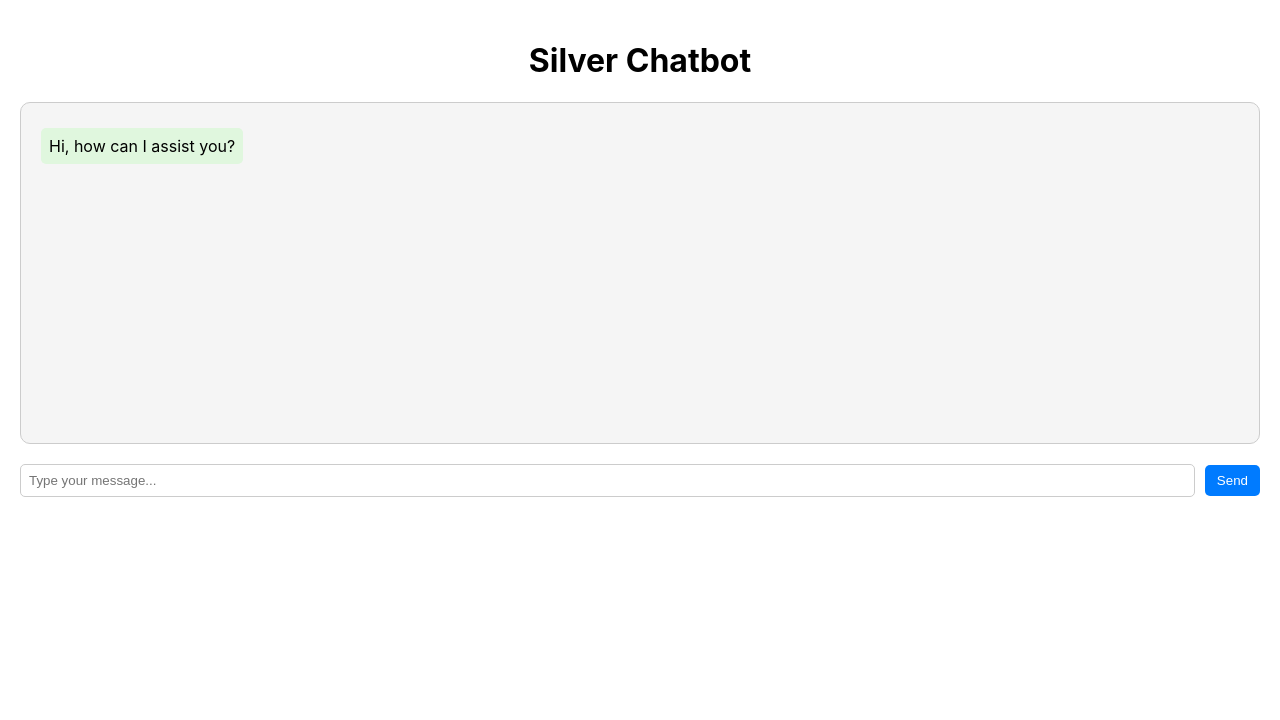
Repository: Rishabh-patidar/Chatbot-Final
Page: / (app in chatbot-ui/)
An editor plug-in stored every save of this project. The page is shown before and after the next save, followed by the edit.
The browser window is 1280 px wide. The pictures show the whole page.
The project was rebuilt for these pictures with package versions that can differ from the ones it lists, and the page was loaded fresh each time.

Above is the page before, as saved 2023-08-09 09:56:52.

### chatbot-ui/src/App.js
import React, { useState, useEffect } from 'react';
import './App.css';

function App() {
  const [inputText, setInputText] = useState('');
  const [chatHistory, setChatHistory] = useState([
    { text: 'Hi, how can I assist you?', isUser: false },
  ]);

  const handleInputChange = (e) => {
    setInputText(e.target.value);
  };

  const handleSend = async () => {
    if (inputText.trim() === '') return;

    // Adding user message to chat history
    setChatHistory((prevHistory) => [
      ...prevHistory,
      { text: inputText, isUser: true },
      { text: 'Bot response goes here...', isUser: false },
    ]);

    // Sending user input to the FastAPI backend
    try {
      const response = await fetch('http://localhost:8000/process_input/', {
        method: 'POST',
        headers: {
          'Content-Type': 'application/json',
        },
        body: JSON.stringify({ text: inputText }),
      });

      if (response.ok) {
        const data = await response.json();
        // Adding bot response to chat history
        setChatHistory((prevHistory) => [
          ...prevHistory,
          { text: data.response, isUser: false },
        ]);
      }
    } catch (error) {
      console.error('Error:', error);
    }

    setInputText('');
  };

  return (
    <div className="App">
      <h1>Silver Chatbot</h1>
      <div className="chat-container">
        {chatHistory.map((message, index) => (
          <div
            key={index}
            className={`message ${message.isUser ? 'user' : 'bot'}`}
          >
            {message.text}
          </div>
        ))}
      </div>
      <div className="input-container">
        <input
          type="text"
          value={inputText}
          onChange={handleInputChange}
          placeholder="Type your message..."
        />
        <button onClick={handleSend}>Send</button>
      </div>
    </div>
  );
}

export default App;

### chatbot-ui/src/App.css
.App {
  text-align: center;
  padding: 20px;
}

.chat-container {
  display: flex;
  flex-direction: column;
  align-items: flex-start;
  padding: 20px;
  background-color: #f5f5f5;
  border: 1px solid #ccc;
  border-radius: 10px;
  height: 300px;
  overflow-y: auto;
}

.message {
  margin: 5px 0;
  padding: 8px;
  border-radius: 5px;
  max-width: 70%;
}

.user {
  align-self: flex-end;
  background-color: #d0eaff;
}

.bot {
  align-self: flex-start;
  background-color: #e0f7de;
}

.input-container {
  margin-top: 20px;
  display: flex;
  justify-content: center;
  align-items: center;
}

input {
  flex: 1;
  padding: 8px;
  border: 1px solid #ccc;
  border-radius: 5px;
}

button {
  margin-left: 10px;
  padding: 8px 12px;
  background-color: #007bff;
  color: white;
  border: none;
  border-radius: 5px;
  cursor: pointer;
}

button:hover {
  background-color: #0056b3;
}

Loaded but not shown: chatbot-ui/public/index.html (common file); chatbot-ui/src/index.js (common file); chatbot-ui/src/index.css (common file); chatbot-ui/src/reportWebVitals.js (common file)

After the next save:
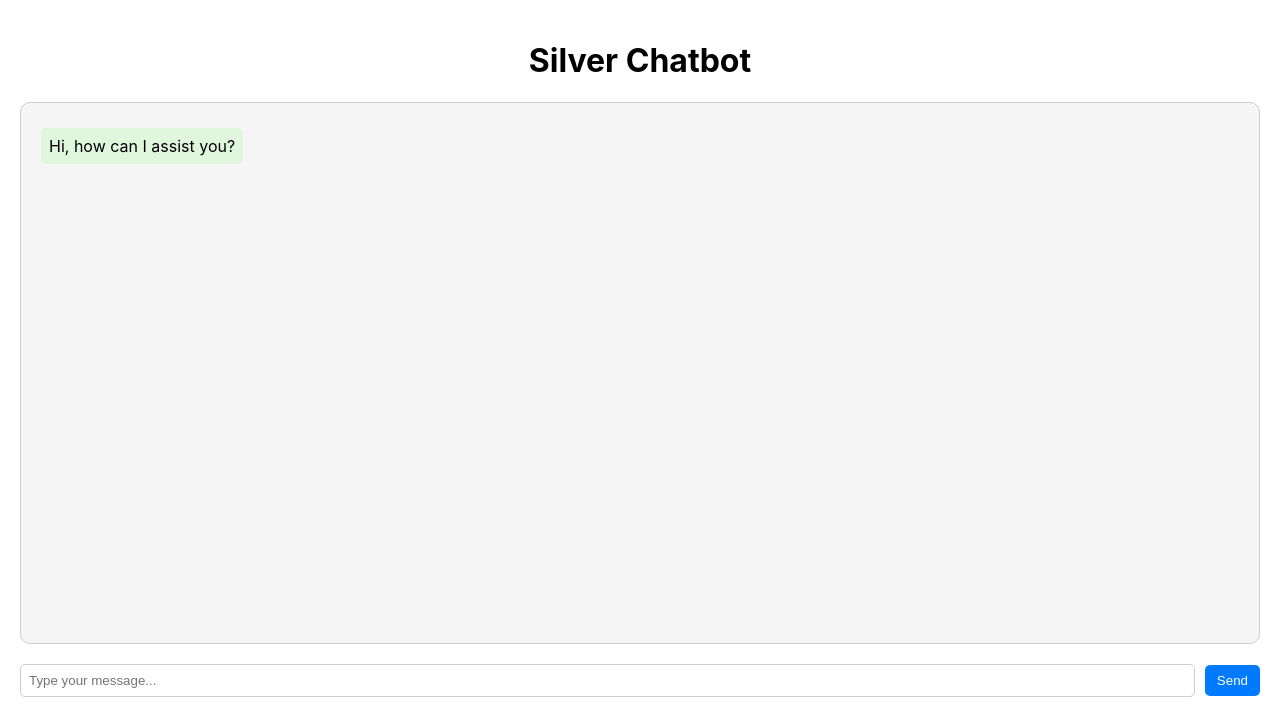
Saved 2 min 6 s later.
--- a/chatbot-ui/src/App.css
+++ b/chatbot-ui/src/App.css
@@ -11,7 +11,7 @@
   background-color: #f5f5f5;
   border: 1px solid #ccc;
   border-radius: 10px;
-  height: 300px;
+  height: 500px;
   overflow-y: auto;
 }
 
